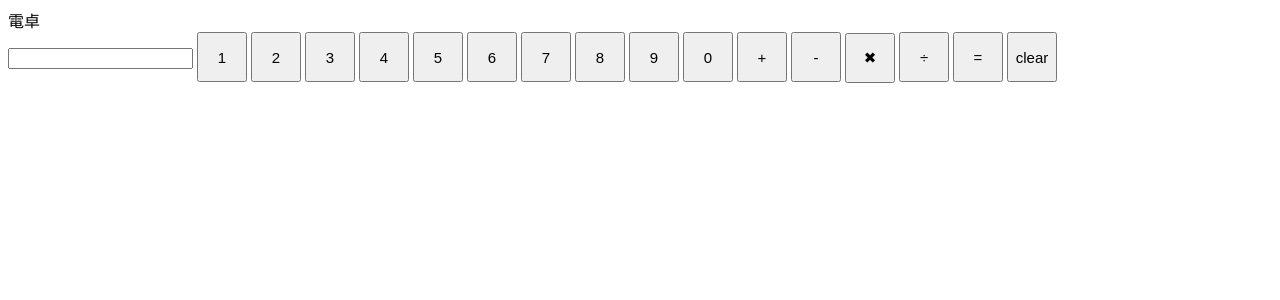
Repository: U-dias/work3
Page: 実践課題(電卓)/index.html
The author's editor kept a record of every edit. The page is drawn from the files as they stood at one moment, then again after the next edit.
The browser window is 1280 px wide. The pictures show the whole page.

Above is the page before.

### 実践課題(電卓)/index.html
<!DOCTYPE html>
 <meta charset="utf-8">
 <html>
  <link rel="stylesheet" href="main.css">
  <body>
 <div>電卓</div>
 <input />
 <script>
   function update(_v){
     document.querySelector('input').value = _v
   }
   function append(_v){
     document.querySelector('input').value += _v
   }
   function calc(){
        const v = document.querySelector( 'input' ).value
        try{
        const f = new Function( 'return ' + v )
        update( f().toString() )}
        catch( _error){
          update( _error)
        }
}
 </script>
 <button onclick="append('1')">1</button>
 <button onclick="append('2')">2</button>
 <button onclick="append('3')">3</button>
 <button onclick="append('4')">4</button>
 <button onclick="append('5')">5</button>
 <button onclick="append('6')">6</button>
 <button onclick="append('7')">7</button>
 <button onclick="append('8')">8</button>
 <button onclick="append('9')">9</button>
 <button onclick="append('0')">0</button>

 <button onclick="append('+')">+</button>
 <button onclick="append('-')">-</button>
 <button onclick="append('*')">✖︎</button>
 <button onclick="append('/')">÷</button>

 <button onclick="calc()">=</button>

 <button onclick="update(' ')">clear</button>
 </body></html>

### 実践課題(電卓)/main.css
button {
  width:50px;
  height:50px;
  font-size:15px;
}

After the next edit:
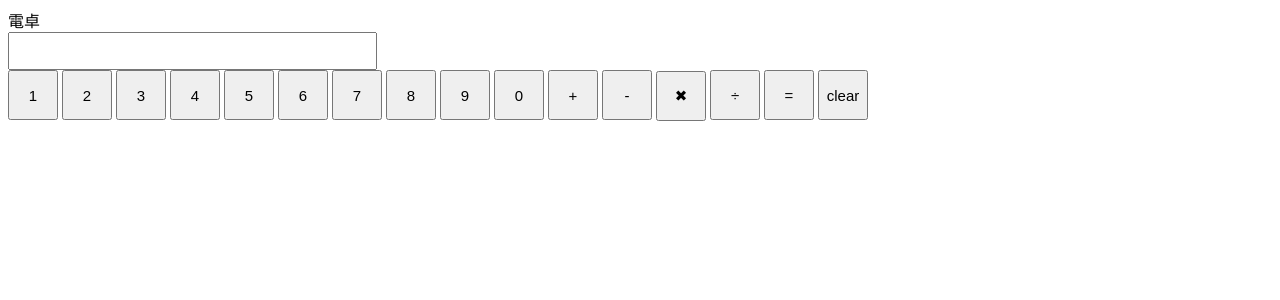
The edit:
--- a/実践課題(電卓)/index.html
+++ b/実践課題(電卓)/index.html
@@ -4,7 +4,7 @@
   <link rel="stylesheet" href="main.css">
   <body>
  <div>電卓</div>
- <input />
+ <input style="font-size: 28px; text-align: right;"/><br />
  <script>
    function update(_v){
      document.querySelector('input').value = _v
